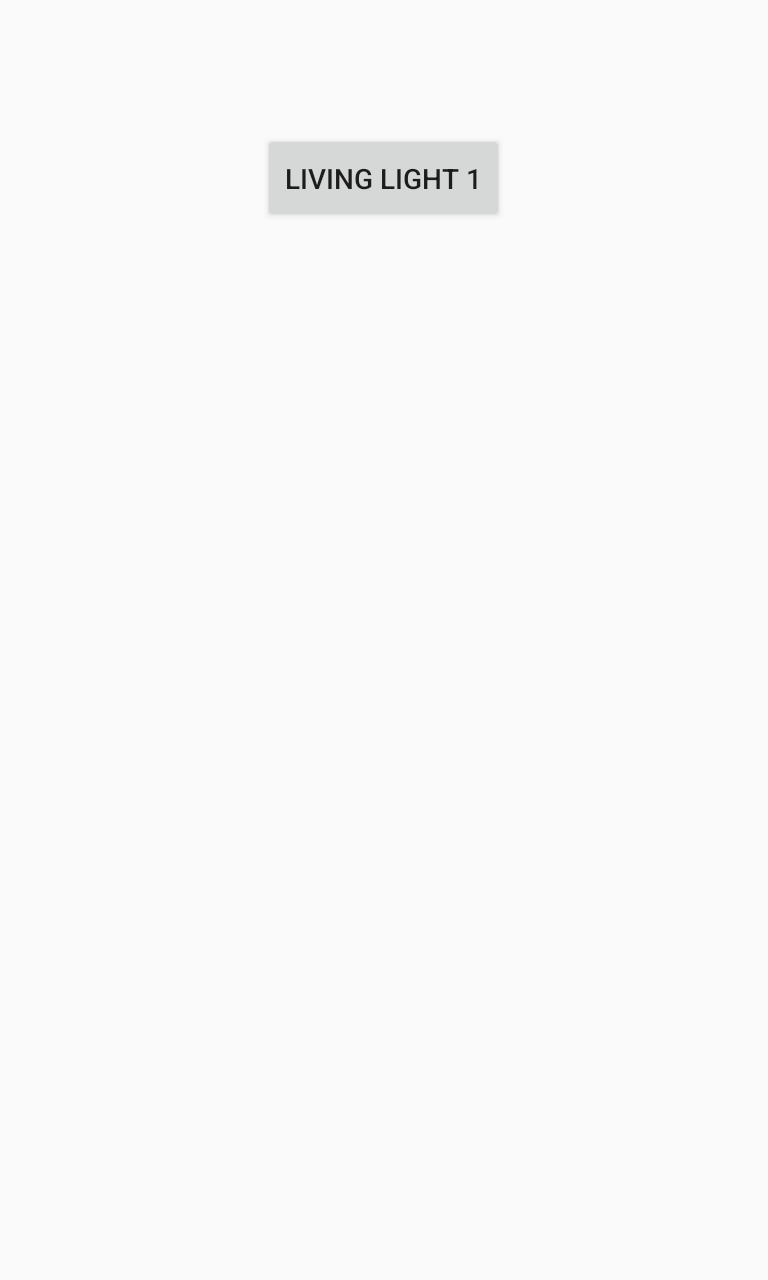
Repository: LogInc/oscar_app
Layout: Android/Oscar/res/layout/activity_rooms.xml
The author's editor kept a copy of each file at every save. The layout is drawn from the files as they stood at one save, then again after the next save.
It is drawn on a 768 x 1280 px phone screen (xhdpi) without system bars, with theme AppTheme; the app's code is not run.

Above is the layout before, as saved 2015-03-05 11:55:17.

### Android/Oscar/res/layout/activity_rooms.xml
<?xml version="1.0" encoding="utf-8"?>
<RelativeLayout xmlns:android="http://schemas.android.com/apk/res/android"
    android:layout_width="match_parent"
    android:layout_height="match_parent" >

    <Button
        android:id="@+id/Living1"
        android:layout_width="wrap_content"
        android:layout_height="wrap_content"
        android:layout_alignParentTop="true"
        android:layout_centerHorizontal="true"
        android:layout_marginTop="65dp"
        android:text="Living Light 1" />

</RelativeLayout>

Loaded but not shown: Android/Oscar/res/values/styles.xml (common file); Android/Oscar/res/values-v11/styles.xml (common file); Android/Oscar/res/values-v14/styles.xml (common file)

After the next save:
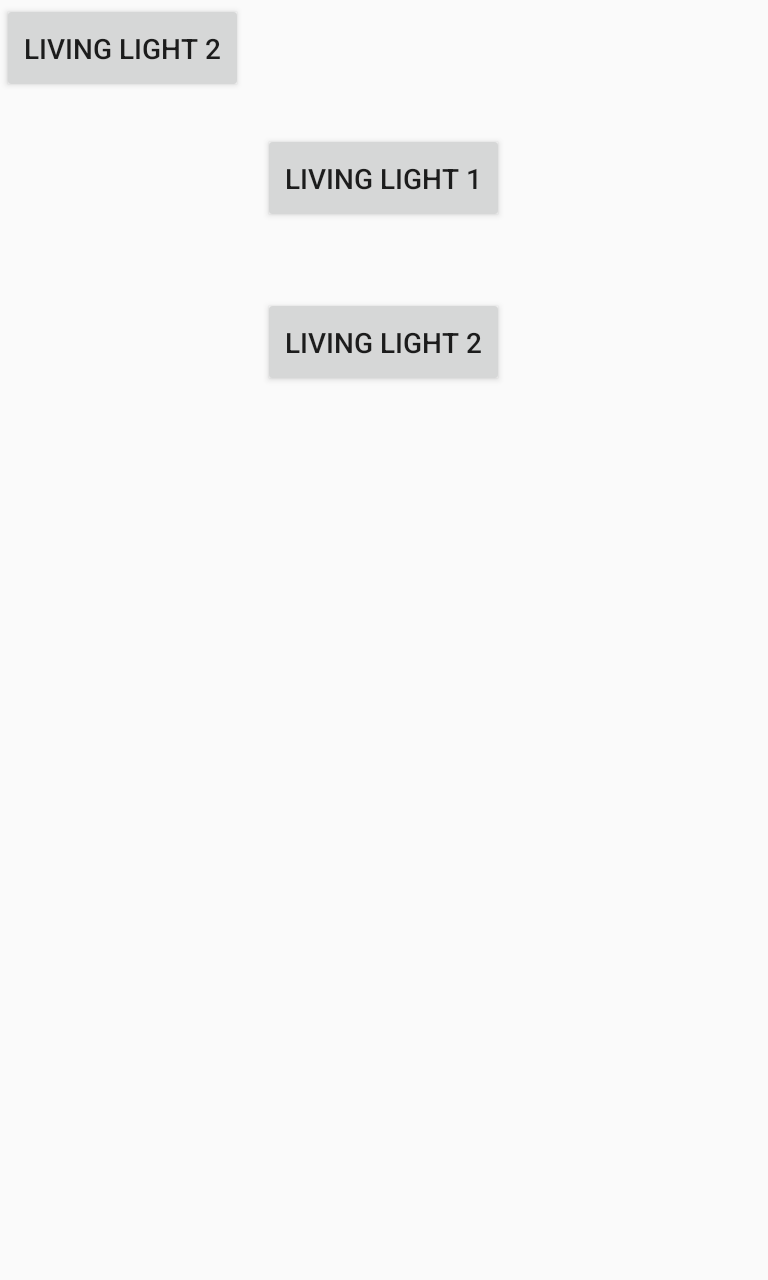
Saved 55 s later.
--- a/Android/Oscar/res/layout/activity_rooms.xml
+++ b/Android/Oscar/res/layout/activity_rooms.xml
@@ -12,4 +12,19 @@
         android:layout_marginTop="65dp"
         android:text="Living Light 1" />
 
+     <Button
+         android:id="@+id/Living2"
+         android:layout_width="wrap_content"
+         android:layout_height="wrap_content"
+         android:layout_alignLeft="@+id/Living1"
+         android:layout_below="@+id/Living1"
+         android:layout_marginTop="34dp"
+         android:text="Living Light 2" />
+
+     <Button
+        android:id="@+id/DrawingRoom"
+        android:layout_width="wrap_content"
+        android:layout_height="wrap_content"
+        android:text="Living Light 2" />
+
 </RelativeLayout>
